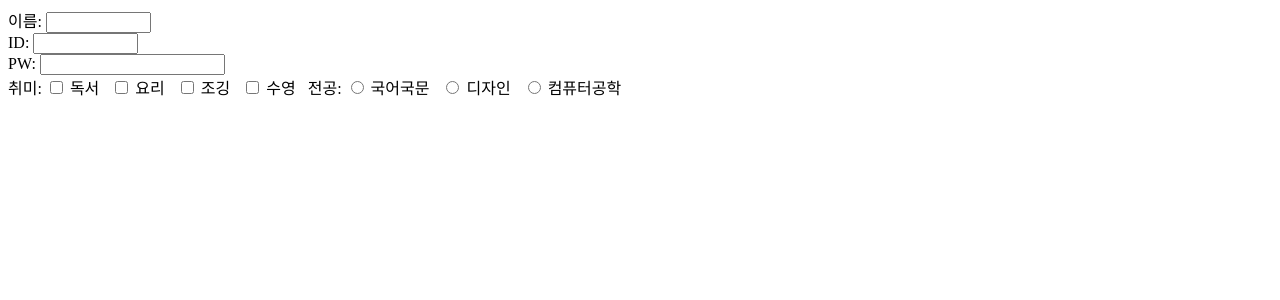
Repository: xxihyun0830/JSP
Page: http://localhost/02_GetPost/ex_join.jsp
An editor plug-in stored every save of this project. The page is shown before and after the next save, followed by the edit.
The browser window is 1280 px wide. The pictures show the whole page.
The page is served by Tomcat 9.

Above is the page before, as saved 2019-07-14 15:35:35.

After the next save:
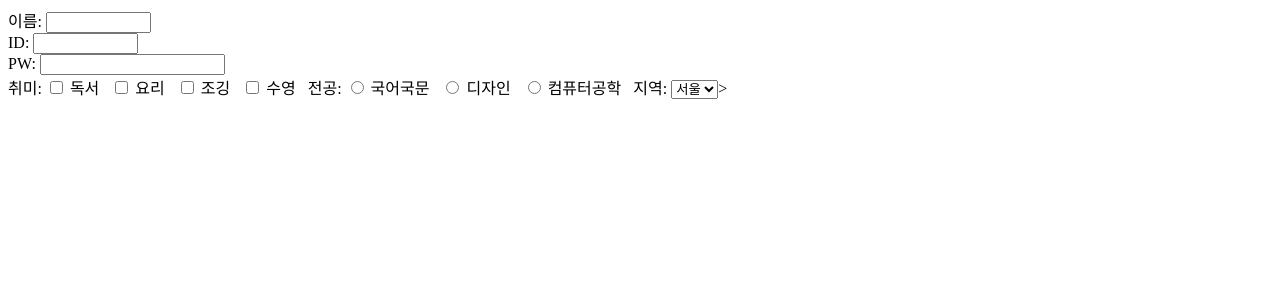
Saved 69 s later.
--- a/02_GetPost/WebContent/ex_join.jsp
+++ b/02_GetPost/WebContent/ex_join.jsp
@@ -19,7 +19,13 @@ PW: <input type = "password" name = "Pw" size = "20"> <br>
 전공: <input type = "radio" name = "Major" value = "국어국문학과"> 국어국문 &nbsp;
      <input type = "radio" name = "Major" value = "디자인학과"> 디자인 &nbsp;
      <input type = "radio" name = "Major" value = "컴퓨터공학과"> 컴퓨터공학 &nbsp;
-
+지역: <select>
+        <option> 서울 </option>>
+        <option> 대전 </option>>
+        <option> 대구 </option>>
+        <option> 부산 </option>>
+        <option> 광주 </option>>
+     </select>>
 </form>
 
 
